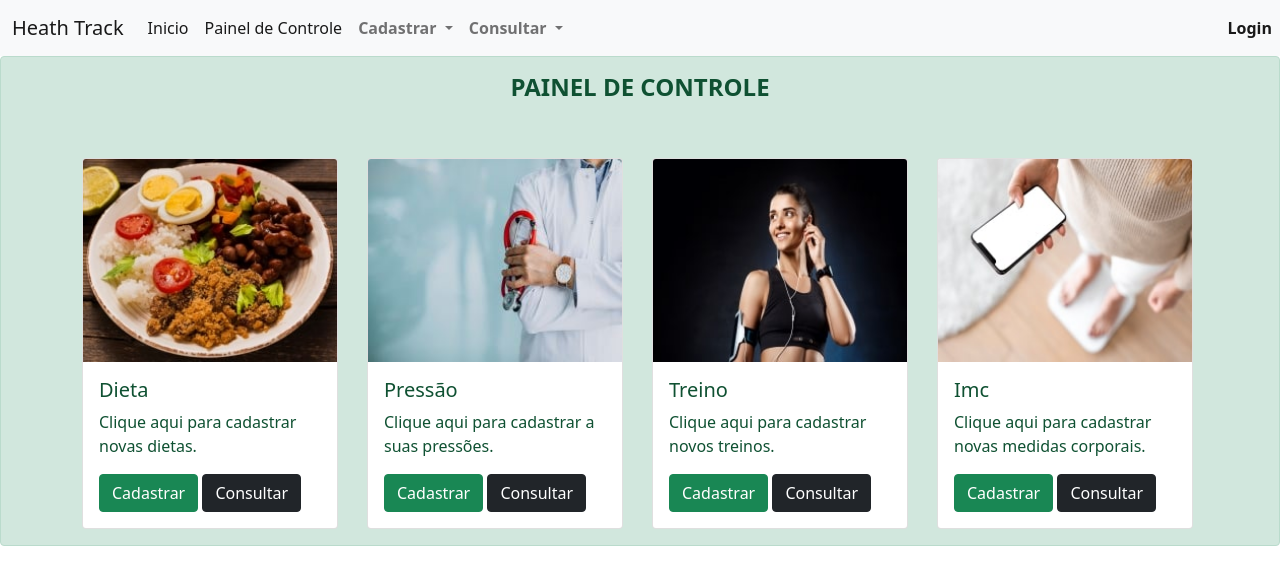
Repository: FellipySantos/HealthTrack_Finalizado
Page: http://localhost/JSPs/painel.jsp
These files come from the project's save history. The page is drawn as it stood at one moment and after the next save; the edit follows.
The browser window is 1280 px wide. The pictures show the whole page.
The page is served by Tomcat 9.

Above is the page before, as saved 2021-11-16 03:58:47.

After the next save:
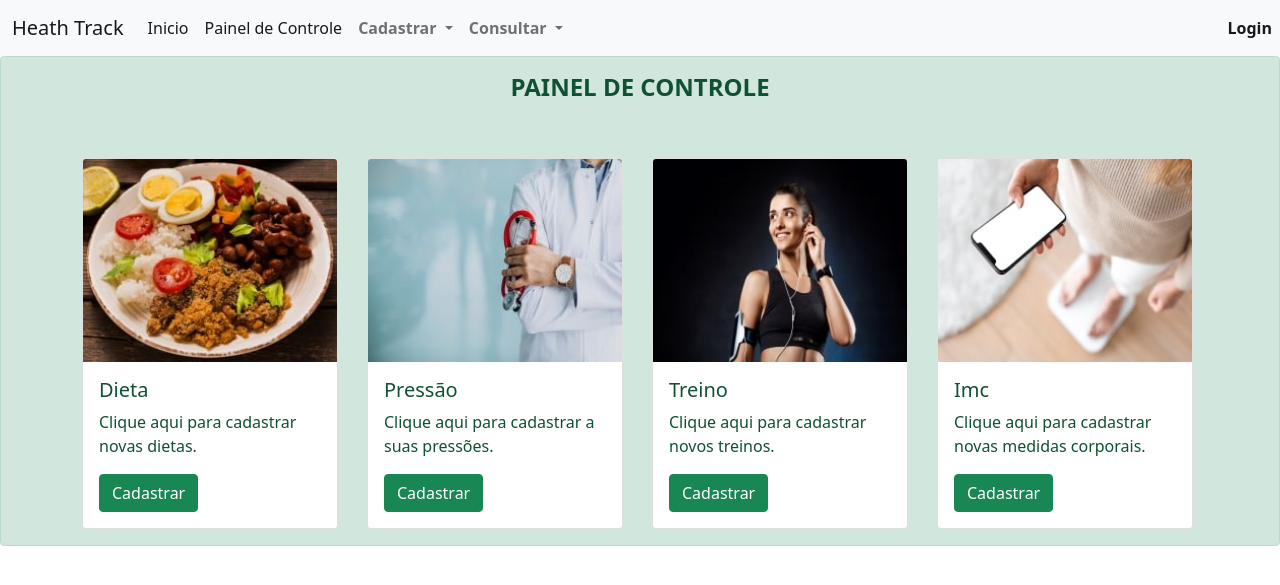
Saved 2 min 20 s later.
--- a/JSP/JSPs/WebContent/painel.jsp
+++ b/JSP/JSPs/WebContent/painel.jsp
@@ -21,7 +21,6 @@
                 <h5 class="card-title">Dieta</h5>
                 <p class="card-text">Clique aqui para cadastrar novas dietas.</p>
                 <a href="cadastro-dieta.jsp" class="btn btn-success">Cadastrar</a>
-                <a href="dieta?acao=listar.jsp" class="btn btn-dark">Consultar</a>
               </div>
             </div>
 
@@ -35,7 +34,6 @@
                 <h5 class="card-title">Pressão</h5>
                 <p class="card-text">Clique aqui para cadastrar a suas pressões.</p>
                 <a href="cadastro-pressao.jsp" class="btn btn-success">Cadastrar</a>
-                <a href="pressao?acao=listar.jsp" class="btn btn-dark">Consultar</a>
               </div>
             </div>
 
@@ -49,7 +47,6 @@
                 <h5 class="card-title">Treino</h5>
                 <p class="card-text">Clique aqui para cadastrar novos treinos.</p>
                 <a href="cadastro-treino.jsp" class="btn btn-success">Cadastrar</a>
-                <a href="treino?acao=listar.jsp" class="btn btn-dark">Consultar</a>
               </div>
             </div>
 
@@ -63,7 +60,6 @@
                 <h5 class="card-title">Imc</h5>
                 <p class="card-text">Clique aqui para cadastrar novas medidas corporais.</p>
                 <a href="cadastro-imc.jsp" class="btn btn-success">Cadastrar</a>
-                <a href="imc?acao=listar.jsp" class="btn btn-dark">Consultar</a>
               </div>
             </div>
 
